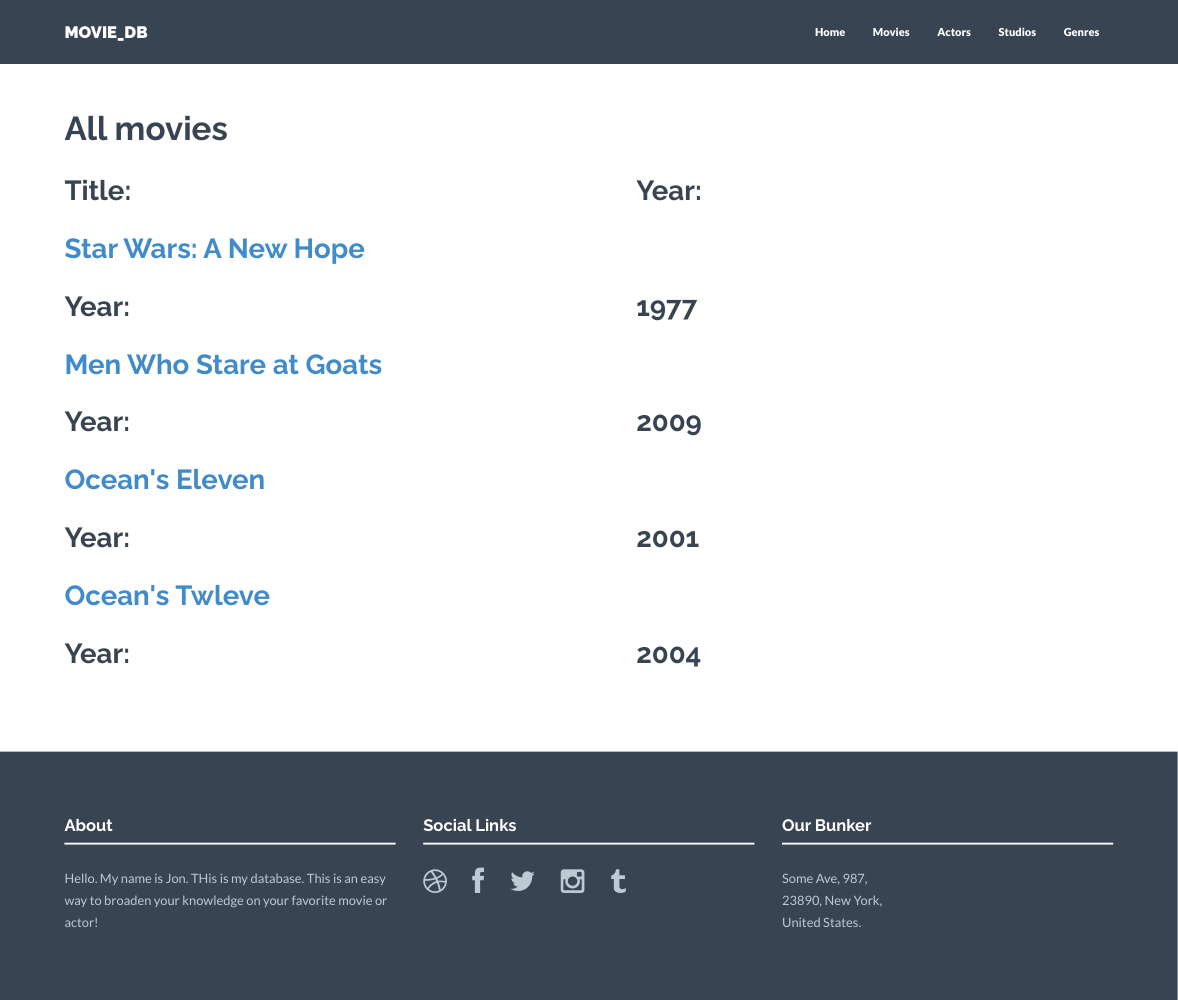
Repository: jonak91/Buzzerd-index
Page: http://localhost/movies.php
The author's editor kept a record of every edit. The page is drawn from the files as they stood at one moment, then again after the next edit.
The browser window is 1280 px wide. The pictures show the whole page, at 92% of full size.
Some web libraries are served in a nearby version. The page is run by PHP 8.4 with error messages shown; the project is at /var/www/html/. The database holds what the project's SQL file puts in it.

Above is the page before.
Not found: assets/js/modernizr.js

### movies.php
<?php require_once( 'incl/functions.php' ); ?>
<?php require_once( 'incl/header.php' ); ?>

 <div class="container mtb">
	 	<div class="row">

	 		<! -- MAIN CONTENAT AREA -->
	 		<div class="col-lg-8">
	 			<h1>All movies</h1>
	 			<table style="width:100%">

					<td><h2>Title:</h2></td> <td><h2>Year:</h2></td>
					<?php
		 		$movies = get_movies();
		 		foreach ($movies as $movie) {
		 		?>
		 		<tr>

		 		<td><h2><a href="movie.php?mID=<?php echo $movie['mID']; ?>"><?php echo $movie['title']; ?></a></h2></td>
		 		</tr>
		 		<tr>
		 		<td><h2>Year:</h2></td>
		 		<td><h2><?php echo $movie['year_released']; ?></h2></td>
		 		</tr>
		 		<?php } ?>



					</table>

</div><! --/ MAIN CONTENT AREA -->

	 </div><! --/row -->
	 </div><! --/container -->

<?php require_once( 'incl/footer.php' ); ?>

### incl/functions.php
<?php
require_once('database.php');

$host= '127.0.0.1';
$u= 'jonak91';
$p = '';
$d= 'movies';

global $db;
$db= new Database($d, $u, $p, $host);

function get_movies(){
	$db = $GLOBALS['db'];
	$results = $db->query("SELECT * FROM movies"); //updated
	return $db->resToArray($results);
}

function get_actors(){
	$db= $GLOBALS['db'];
	$results = $db->query("SELECT * FROM actors ORDER BY 'first_name'"); //updated
	return $db->resToArray($results);
}

function get_studios(){
	$db= $GLOBALS['db'];
	$results = $db->query("SELECT * FROM studio"); //updated
	return $db->resToArray($results);
}

function get_genres(){
	$db= $GLOBALS['db'];
	$results = $db->query("SELECT * FROM genre"); //updated
	return $db->resToArray($results);
}

function get_movie($mID){
	$db= $GLOBALS['db'];
	$query= "SELECT * FROM movies WHERE mID = '$mID'"; //updated
	return $db->get_row($query);
}

function get_actor($aID){
	$db= $GLOBALS['db'];
	$query= "SELECT * FROM actors WHERE aID = '$aID'"; //updated
	return $db->get_row($query);
}

function get_studio($sID){
	$db= $GLOBALS['db'];
	$query= "SELECT * FROM studio WHERE sID = '$sID'"; //updated
	return $db->get_row($query);
}

function get_genre($gID){
	$db= $GLOBALS['db'];
	$query= "SELECT * FROM genre WHERE gID = '$gID'"; //updated
	return $db->get_row($query);
}

function get_moviesfromstudio($id){  //works
	$db= $GLOBALS['db'];
	$results= $db->query("SELECT * FROM movies JOIN studio ON movies.studioID = studio.sID WHERE studio.sID = '$id'");
	return $db->resToArray($results);
}

function get_genresfrommovies($id){
	$db= $GLOBALS['db'];
	$results= $db->query("SELECT * FROM genre JOIN movie_genres ON genre.gID = movie_genres.genreID JOIN movies ON movie_genres.movieID = movies.mID WHERE movies.mID = '$id'");
	return $db->resToArray($results);
}

function get_moviesfromactor($id){ //works
	$db= $GLOBALS['db'];
	$results= $db->query("SELECT * FROM movies JOIN movie_actors ON movies.mID = movie_actors.movieID JOIN actors ON movie_actors.actorID = actors.aID WHERE actors.aID = '$id'");
	return $db->resToArray($results);
}

function get_moviesfromgenre($id){ //works
	$db= $GLOBALS['db'];
	$results= $db->query("SELECT * FROM movies JOIN movie_genres ON movies.mID = movie_genres.movieID JOIN genre ON movie_genres.genreID = genre.gID WHERE genre.gID = '$id'");
	return $db->resToArray($results);
}

function get_actorsfrommovies($id){  //works
	$db= $GLOBALS['db'];
	$results= $db->query("SELECT * FROM actors JOIN movie_actors ON actors.aID = movie_actors.actorID JOIN movies ON movie_actors.movieID = movies.mID WHERE movies.mID = '$id'");
	return $db->resToArray($results);
}

function add_movie($info){		//works
	$db= $GLOBALS['db'];
	extract($info);
	$submitted= $db->query("INSERT INTO movies VALUES('', '$title', '$year_released', '$synopsis', '$was_novel', '$studioID', CURRENT_TIMESTAMP)");

	if($submitted){
		print "<h3>$title submitted!</h3>";
	}
}

function add_actor($info){		//works
	$db= $GLOBALS['db'];
	extract($info);
	$submitted= $db->query("INSERT INTO actors VALUES('', '$first_name', '$last_name', '$bio', '$dob', '$won_oscar', CURRENT_TIMESTAMP)");

	if($submitted){
		print "<h3>$first_name $last_name submitted!</h3>";
	}
}

function add_genre($info){		//works
	$db= $GLOBALS['db'];
	extract($info);
	$submitted= $db->query("INSERT INTO genre VALUES('', '$name', CURRENT_TIMESTAMP)");

	if($submitted){
		print "<h3>$name submitted!</h3>";
	}
}

function add_studio($info){		//works
	$db= $GLOBALS['db'];
	extract($info);
	$submitted= $db->query("INSERT INTO studio VALUES('', '$name', '$city', '$state', '$zip', CURRENT_TIMESTAMP)");

	if($submitted){
		print "<h3>$name submitted!</h3>";
	}
}

function assign_atm($info){		//works
	$db= $GLOBALS['db'];
	extract($info);
	$submitted= $db->query("INSERT INTO movie_actors VALUES('', '$movie', '$actor', CURRENT_TIMESTAMP)");

	if($submitted){
		print "<h3>assigned</h3>";
	}
}

function assign_gtm($info){		//works
	$db= $GLOBALS['db'];
	extract($info);
	$submitted= $db->query("INSERT INTO movie_genres VALUES('', '$movie', '$genre', CURRENT_TIMESTAMP)");

	if($submitted){
		print "<h3>assigned</h3>";
	}
}


?>
>

### incl/database.php
<?php
class Database{
        var $dbName;
        var $user;
        var $password;
        var $host;
        var $lastID;
        var $dbConn;

        //constructor
        function __construct($db, $u, $p, $h){
                $this->dbName= $db;
                $this->user= $u;
                $this->password= $p;
                $this->host= $h;

                //metadata to get entire table list?
        }

        //any query
        function query($query){
                        $this->dbConn= new mysqli($this->host, $this->user, $this->password, $this->dbName);
                        if($this->dbConn->connect_errno > 0){
                                die('Unable to connect to database [' . $dbh->connect_error . ']');
                        }

                        $result= $this->dbConn->query($query) or die('There was an error running the query [' . $this->dbConn->error . ']');
                        $this->lastID= $this->dbConn->insert_id;
                        $this->dbConn->close();

                        return $result;
        }

        function resToArray($res){
                $data= array();
                while($info= mysqli_fetch_assoc($res)){
                        $data[]= $info;
                }

                return $data;
        }

        function get_column($query){

                $res= $this->query($query);

                $data= array();

                while($info= mysqli_fetch_assoc($res)){
                        $key= array_keys($info);
                        $key= $key[0];
                        $data[]= $info[$key];
                }

                return $data;
        }

        function get_row($query){
                $res= $this->query($query);
                $res= $this->resToArray($res);

            return ($res == false) ? $res : $res[0];
        }

        function get_var($query){
                $res= $this->query($query);

                $info= mysqli_fetch_array($res);

                return $info[0];
        }


        function get_mysql_timestamp(){
                return date('Y-m-d H:i:s', time());
        }

        function print_array( $a ) {
        ?>
          <pre>
          <?php var_dump( $a ); ?>
          </pre>
        <?php
        }


        function clean_array($info){
                foreach($info as $key => $val){
                        $info["$key"]= $this->clean($val);
                }

                return $info;
        }


        function clean($a){
                $this->dbConn= new mysqli($this->host, $this->user, $this->password, $this->dbName);
                $a= $this->dbConn->real_escape_string($a);
                $this->dbConn->close();

                return $a;
        }

}


?>

### incl/header.php
<!DOCTYPE html>
<html lang="en">
  <head>
    <meta charset="utf-8">
    <meta http-equiv="X-UA-Compatible" content="IE=edge">
    <meta name="viewport" content="width=device-width, initial-scale=1">
    <meta name="description" content="">
    <meta name="author" content="">
    <link rel="shortcut icon" href="assets/ico/favicon.ico">

    <title>SOLID - Bootstrap 3 Theme</title>

    <!-- Bootstrap core CSS -->
    <link href="assets/css/bootstrap.css" rel="stylesheet">

    <!-- Custom styles for this template -->
    <link href="assets/css/style.css" rel="stylesheet">
    <link href="assets/css/font-awesome.min.css" rel="stylesheet">


    <!-- Just for debugging purposes. Don't actually copy this line! -->
    <!--[if lt IE 9]><script src="../../assets/js/ie8-responsive-file-warning.js"></script><![endif]-->

    <!-- HTML5 shim and Respond.js IE8 support of HTML5 elements and media queries -->
    <!--[if lt IE 9]>
      <script src="https://oss.maxcdn.com/libs/html5shiv/3.7.0/html5shiv.js"></script>
      <script src="https://oss.maxcdn.com/libs/respond.js/1.4.2/respond.min.js"></script>
    <![endif]-->

    <script src="assets/js/modernizr.js"></script>
  </head>

  <body>

    <!-- Fixed navbar -->
    <div class="navbar navbar-default navbar-fixed-top" role="navigation">
      <div class="container">
        <div class="navbar-header">
          <button type="button" class="navbar-toggle" data-toggle="collapse" data-target=".navbar-collapse">
            <span class="sr-only">Toggle navigation</span>
            <span class="icon-bar"></span>
            <span class="icon-bar"></span>
            <span class="icon-bar"></span>
          </button>
          <a class="navbar-brand" href="index.php">MOVIE_DB</a>
        </div>
        <div class="navbar-collapse collapse navbar-right">
          <ul class="nav navbar-nav">
            <li><a href="index.php">Home</a></li>
            <li><a href="movies.php">Movies</a></li>
            <li><a href="actors.php">Actors</a></li>
            <li><a href="studios.php">Studios</a></li>
            <li><a href="genres.php">Genres</a></li>
          </ul>
        </div><!--/.nav-collapse -->
      </div>
    </div>

### incl/footer.php


	<!-- *****************************************************************************************************************
	 FOOTER
	 ***************************************************************************************************************** -->
	 <div id="footerwrap">
	 	<div class="container">
		 	<div class="row">
		 		<div class="col-lg-4">
		 			<h4>About</h4>
		 			<div class="hline-w"></div>
		 			<p>Hello. My name is Jon. THis is my database. This is an easy way to broaden your knowledge on your favorite movie or actor!</p>
		 		</div>
		 		<div class="col-lg-4">
		 			<h4>Social Links</h4>
		 			<div class="hline-w"></div>
		 			<p>
		 				<a href="#"><i class="fa fa-dribbble"></i></a>
		 				<a href="#"><i class="fa fa-facebook"></i></a>
		 				<a href="#"><i class="fa fa-twitter"></i></a>
		 				<a href="#"><i class="fa fa-instagram"></i></a>
		 				<a href="#"><i class="fa fa-tumblr"></i></a>
		 			</p>
		 		</div>
		 		<div class="col-lg-4">
		 			<h4>Our Bunker</h4>
		 			<div class="hline-w"></div>
		 			<p>
		 				Some Ave, 987,<br/>
		 				23890, New York,<br/>
		 				United States.<br/>
		 			</p>
		 		</div>

		 	</div><! --/row -->
	 	</div><! --/container -->
	 </div><! --/footerwrap -->

    <!-- Bootstrap core JavaScript
    ================================================== -->
    <!-- Placed at the end of the document so the pages load faster -->
    <script src="https://ajax.googleapis.com/ajax/libs/jquery/1.11.0/jquery.min.js"></script>
    <script src="assets/js/bootstrap.min.js"></script>
	<script src="assets/js/retina-1.1.0.js"></script>
	<script src="assets/js/jquery.hoverdir.js"></script>
	<script src="assets/js/jquery.hoverex.min.js"></script>
	<script src="assets/js/jquery.prettyPhoto.js"></script>
  	<script src="assets/js/jquery.isotope.min.js"></script>
  	<script src="assets/js/custom.js"></script>


  </body>
</html>

### assets/css/style.css
/*	################################################################

	Author: Carlos Alvarez
	URL: http://alvarez.is

	Project Name: SOLID - Bootstrap 3 Theme
	Version: 1.0
	URL: http://alvarez.is

################################################################# */
@import url(http://fonts.googleapis.com/css?family=Raleway:400,700,900);
@import url(http://fonts.googleapis.com/css?family=Lato:400,900);
@import url("prettyPhoto.css") screen;
@import url("hoverex-all.css") screen;

/*	################################################################
	1. GENERAL STRUCTURES
################################################################# */
	* {
		margin: 0;
		padding: 0px;
	}

body {
	background: #ffffff;
	margin: 0;
	height: 100%;
	color: #384452;
	font-family: 'Lato', sans-serif;
	font-weight: 400;
	}

h1, h2, h3, h4, h5, h6 {
	font-family: 'Raleway', sans-serif;
	font-weight: 700;
}

p {
	padding: 0;
	margin-bottom: 12px;
	font-family: 'Lato', sans-serif;
	font-weight: 400;
	font-size: 14px;
	line-height: 24px;
	color: #384452;
	margin-top: 10px;
}

img {
	height: auto;
	max-width: 100%;
}

a {
	padding: 0;
	margin: 0;
	text-decoration: none;
	-webkit-transition: background-color .4s linear, color .4s linear;
	-moz-transition: background-color .4s linear, color .4s linear;
	-o-transition: background-color .4s linear, color .4s linear;
	-ms-transition: background-color .4s linear, color .4s linear;
	transition: background-color .4s linear, color .4s linear;
}
a:hover,
a:focus {
  text-decoration: none;
  color:#01b2fe;
}

::-moz-selection  {
	color: #fff;
	text-shadow:none;
	background:#2B2E31;
}
::selection {
	color: #fff;
	text-shadow:none;
	background:#2B2E31;
}

.centered {
	text-align: center
}

/*	################################################################
	BOOTSTRAP MODIFICATIONS & TWEAKS
################################################################# */
.navbar {
	min-height: 70px;
	padding-top: 10px;
	margin-bottom: 0px;
}

.navbar-brand {
	font-family: 'Raleway', sans-serif;
	font-weight: 900;
}

.navbar-header .navbar-brand {
	color: white;
}

.navbar-default .navbar-nav > li > a {
	color: white;
	font-weight: 700;
	font-size: 12px;
}

.navbar-default .navbar-nav > li > a:hover {
	color: #00b3fe;
}

.navbar-default .navbar-nav > .active > a, .navbar-default .navbar-nav > .active > a:hover, .navbar-default .navbar-nav > .active > a:focus {
	color: #00b3fe;
	background-color: transparent;
}

.navbar-default {
	background-color: #384452;
	border-color: transparent;
}

.dropdown-menu {
	background: #384452;
}

.dropdown-menu > li > a {
	color: white;
	font-weight: 700;
	font-size: 12px;
}

.btn-theme {
  color: #fff;
  background-color: #384452;
  border-color: #384452;
  margin: 4px;
}
.btn-theme:hover,
.btn-theme:focus,
.btn-theme:active,
.btn-theme.active,
.open .dropdown-toggle.btn-theme {
  color: #fff;
  background-color: #00b3fe;
  border-color: #00b3fe;
}

.dmbutton:hover,
.dmbutton:active,
.dmbutton:focus{
	color: #ffffff;
	background-color: #222222;
	border-color: #ffffff;
}
.dmbutton {
	background:rgba(0, 0, 0, 0);
	border: 1px solid #ffffff;
	color: #ffffff;
	-webkit-border-radius: 2px;
	border-radius: 2px;
	padding-top: 1.025rem;
	padding-right: 2.25rem;
	letter-spacing:0.85px;
	padding-bottom: 1.0875rem;
	padding-left: 2.25rem;
	font-size: 1.55rem;
	cursor: pointer;
	font-weight: normal;
	line-height: normal;
	margin: 0 0 1.25rem;
	text-decoration: none;
	text-align: center;
	display: inline-block;
	-webkit-transition: background-color 300ms ease-out;
	-moz-transition: background-color 300ms ease-out;
	transition: background-color 300ms ease-out;
	-webkit-appearance: none;
	font-weight: normal !important;
}

.mtb {
	margin-top: 80px;
	margin-bottom: 80px;
}

.mb {
	margin-bottom: 60px;
}

.mt {
	margin-top: 60px;
}

.hline {
	border-bottom: 2px solid #384452;
}

.hline-w {
	border-bottom: 2px solid #ffffff;
	margin-bottom: 25px;
}
/*	################################################################
	SITE WRAPS
################################################################# */

#headerwrap {
	background-color: #00b3fe;
	min-height: 550px;
	padding-top: 100px;
	padding-bottom: 0px;
	text-align: center;
}

#headerwrap h3, h5 {
	color: white;
	font-weight: 400;
}

#headerwrap h1 {
	color: white;
	margin-bottom: 25px;
}

#headerwrap .img-responsive {
	margin: 0 auto;
}

/* Services Wrap */
#service {
	margin-top: 100px;
	margin-bottom: 80px;
}

#service i {
	color: #00b3fe;
	font-size: 60px;
	padding: 15px;
}

/* Portfolio Wrap */
#portfoliowrap {
	padding-top: 60px;
	margin-bottom: 60px;
	display: block;
	text-align: center
}

#portfoliowrap h3 {
	margin-bottom: 25px;
}

.portfolio {
	padding:0 !important;
	margin:0 !important;
	display:block;
}


.portfolio-item .title:before {border-radius:0; display:none}
.portfolio-item p {margin:0px 0 30px;}
.portfolio-item h3 {margin:-10px 0 10px; font-size:16px; text-transform:uppercase;}


.tpl6 h3
{
	color:#fff;
	margin:0;
	padding:40px 5px 0;
	font-size:16px;
	text-transform:uppercase;
}
.tpl6 .dmbutton
{
	display:inline-block;
	margin:30px 5px 20px 5px;
	font-size:13px;
}

.tpl6 .bg
{
	height:100%;
	width:100%;
	background-color:#00b3fe;
	background-color:rgba(0,179,254,.9);
	text-align:center;
}

/* Testimonials Wrap */
#twrap {
	background: url(../img/t-back.jpg) no-repeat center top;
	margin-top: 0px;
	padding-top:60px;
	text-align:center;
	background-attachment: relative;
	background-position: center center;
	min-height: 450px;
	width: 100%;

    -webkit-background-size: 100%;
    -moz-background-size: 100%;
    -o-background-size: 100%;
    background-size: 100%;

    -webkit-background-size: cover;
    -moz-background-size: cover;
    -o-background-size: cover;
    background-size: cover;
}

#twrap i {
	font-size: 50px;
	color: white;
	margin-bottom: 25px;
}

#twrap p {
	color: white;
	font-size: 15px;
	line-height: 30px;
}

/* clients logo */
#cwrap {
	background: #f7f7f7;
	margin-top: 0px;
	padding-top: 80px;
	padding-bottom: 100px;
}

#cwrap h3 {
	margin-bottom: 60px;
}

/* Footer */
#footerwrap {
	padding-top: 60px;
	padding-bottom: 60px;
	background: #384452;
}

#footerwrap p {
	color: #bfc9d3;
}

#footerwrap h4 {
	color: white;
}

#footerwrap i {
	font-size: 30px;
	color: #bfc9d3;
	padding-right: 25px;
}

#footerwrap i:hover {
	color: #00b3fe
}

/*	################################################################
	PAGE CONFIGURATIONS
################################################################# */
/* General Tweaks */

#blue {
	background: #00b3fe;
	margin-top: 60px;
	margin-bottom: 60px;
	padding-top: 25px;
	padding-bottom: 25px;
}

#blue h3 {
	color: white;
	margin-left: 15px;
}

.ctitle {
	color: #00b3fe;
	font-weight: 700;
	margin-bottom: 15px;
}

csmall {
	font-size: 12px;
	color: #b3b3b3;
}
csmall2 {
	font-size: 12px;
	color: #f39c12
}

.spacing {
	margin-top: 40px;
	margin-bottom: 40px;
}

.badge-theme {
	background: #00b3fe;
}

/* Contact Page */
#contactwrap {
	background: url(../img/contact.jpg) no-repeat center top;
	margin-top: -60px;
	padding-top:0px;
	text-align:center;
	background-attachment: relative;
	background-position: center center;
	min-height: 400px;
	width: 100%;

    -webkit-background-size: 100%;
    -moz-background-size: 100%;
    -o-background-size: 100%;
    background-size: 100%;

    -webkit-background-size: cover;
    -moz-background-size: cover;
    -o-background-size: cover;
    background-size: cover;
}

/* Blog Page */
.popular-posts {
	margin: 0px;
	padding-left: 0px;
	}

.popular-posts li {
	list-style: none;
	margin-bottom: 20px;
	min-height: 70px;
}
.popular-posts li a,
.popular-posts li a:hover {
	color:#2f2f2f;
	text-decoration: none;
	}

.popular-posts li img {
	float: left;
	margin-right: 20px;
	}

.popular-posts li em {
	font-family: 'Lato', sans-serif;
	font-size: 12px;
	color: #b3b3b3
	}

.popular-posts p {
	line-height: normal;
	margin-bottom: auto;
}

.share i {
	padding-right: 15px;
	font-size: 18px;
}

### job.sql (the tables this page reads)
CREATE TABLE IF NOT EXISTS `movies` (
`mID` mediumint(9) NOT NULL,
  `title` varchar(50) NOT NULL,
  `year_released` year(4) NOT NULL,
  `synopsis` longtext NOT NULL,
  `was_novel` tinyint(4) NOT NULL,
  `studioID` mediumint(9) NOT NULL,
  `timestamp` timestamp NOT NULL DEFAULT CURRENT_TIMESTAMP ON UPDATE CURRENT_TIMESTAMP
) ENGINE=InnoDB AUTO_INCREMENT=5 DEFAULT CHARSET=latin1;

INSERT INTO `movies` (`mID`, `title`, `year_released`, `synopsis`, `was_novel`, `studioID`, `timestamp`) VALUES
(1, 'Star Wars: A New Hope', 1977, 'Hokey religions and ancient weapons are no match for a good blaster at your side, kid. You''re all clear, kid. Let''s blow this thing and go home! I suggest you try it again, Luke. This time, let go your conscious self and act on instinct.', 0, 1, '2014-11-21 13:13:25'),
(2, 'Men Who Stare at Goats', 2009, 'Did you dress her up like this? Who''s that then? I''m not a witch. But you are dressed as oneâ€¦ Well, how''d you become king, then?', 1, 2, '2014-11-21 13:13:25'),
(3, 'Ocean''s Eleven', 2001, 'Ut enim ad minim veniam, quis nostrud exercitation ullamco. Sed ut perspiciatis unde omnis iste natus error sit voluptatem. Cupiditate non provident, similique sunt in culpa qui officia deserunt mollitia. Ut enim ad minima veniam, quis nostrum exercitationem ullam corporis suscipit laboriosam.', 0, 3, '2014-11-21 13:21:49'),
(4, 'Ocean''s Twleve', 2004, 'Eaque ipsa quae ab illo inventore veritatis et quasi. Architecto beatae vitae dicta sunt explicabo. Et iusto odio dignissimos ducimus qui blanditiis praesentium voluptatum deleniti atque. Cupiditate non provident, similique sunt in culpa qui officia deserunt mollitia. Fugiat quo voluptas nulla pariatur? Nihil molestiae consequatur, vel illum qui dolorem eum.', 0, 3, '2014-11-21 13:21:49');

ALTER TABLE `movies`
 ADD PRIMARY KEY (`mID`);

ALTER TABLE `movies`
MODIFY `mID` mediumint(9) NOT NULL AUTO_INCREMENT,AUTO_INCREMENT=5;

Loaded but not shown: assets/css/bootstrap.css (library); assets/css/font-awesome.min.css (library); assets/js/bootstrap.min.js (library); assets/js/jquery.hoverdir.js (library); assets/js/jquery.hoverex.min.js (library); assets/js/jquery.prettyPhoto.js (library); assets/js/jquery.isotope.min.js (library); assets/js/custom.js (common file); assets/js/retina-1.1.0.js (151 lines, source omitted); assets/css/hoverex-all.css (2838 lines, source omitted); assets/css/prettyPhoto.css (170 lines, source omitted)

After the next edit:
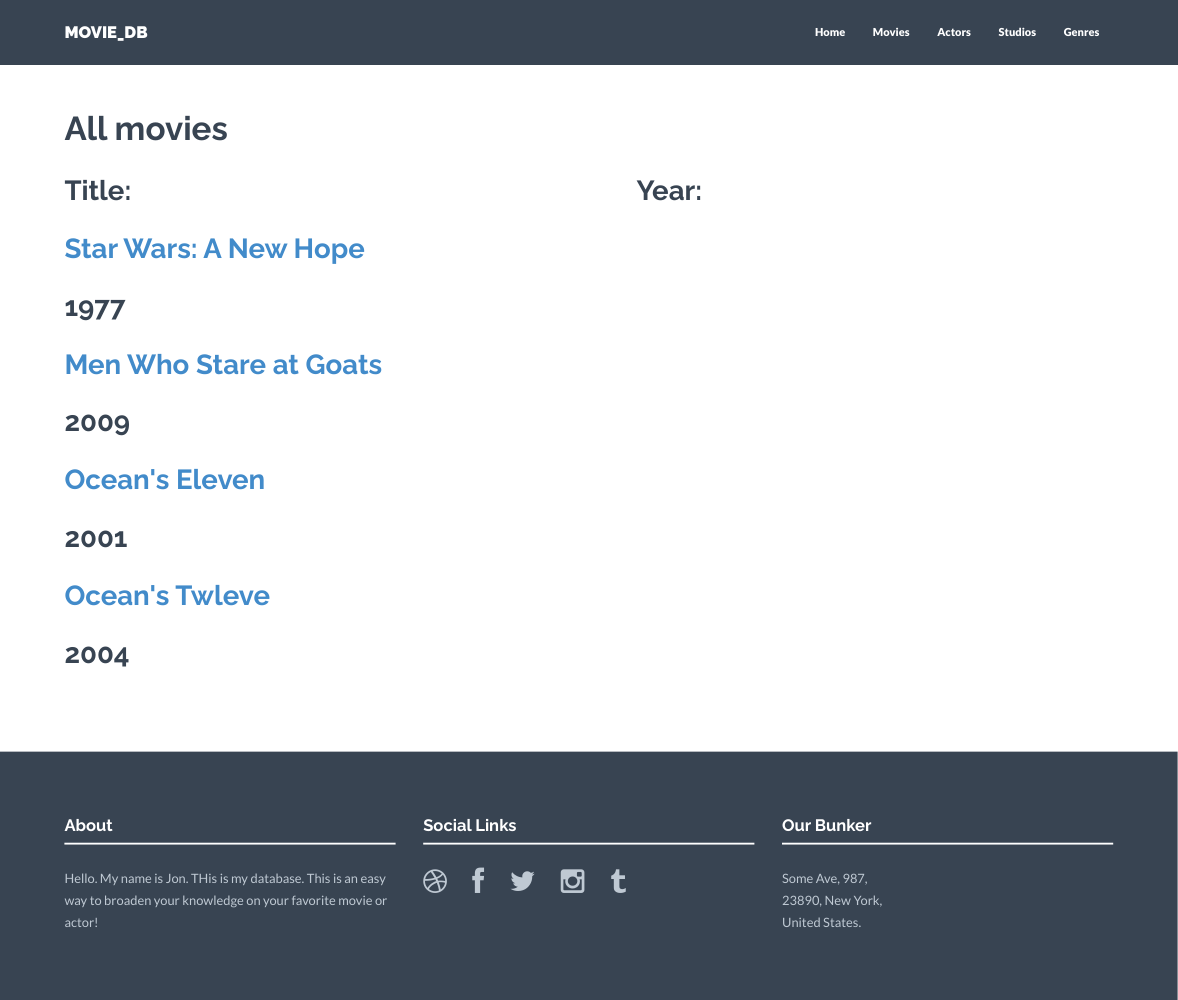
The edit:
--- a/movies.php
+++ b/movies.php
@@ -19,7 +19,6 @@
 		 		<td><h2><a href="movie.php?mID=<?php echo $movie['mID']; ?>"><?php echo $movie['title']; ?></a></h2></td>
 		 		</tr>
 		 		<tr>
-		 		<td><h2>Year:</h2></td>
 		 		<td><h2><?php echo $movie['year_released']; ?></h2></td>
 		 		</tr>
 		 		<?php } ?>
